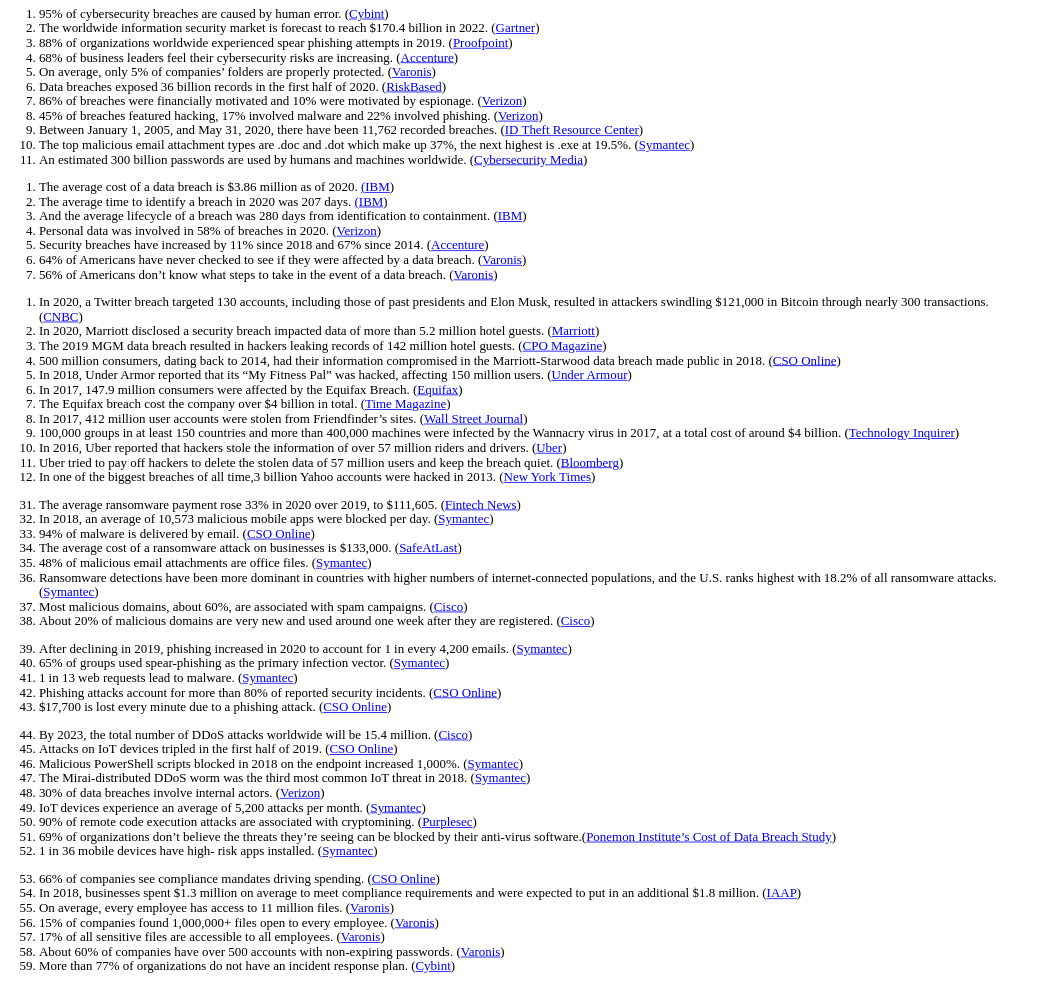
Repository: AniruddhAnand/zero_day_shield
Page: assets/data/facts.html
These files come from the project's save history. The page is drawn as it stood at one moment and after the next save; the edit follows.
The browser window is 1280 px wide. The pictures show the whole page, at 81% of full size.

Above is the page before, as saved 2021-07-10 15:06:58.

### assets/data/facts.html
<html>

<body>
    <ol>
        <li aria-level="1">95% of cybersecurity breaches are caused by human error. (<a
                href="https://www.cybintsolutions.com/cyber-security-facts-stats/" target="_blank"
                rel="noopener noreferrer">Cybint</a>)</li>
        <li aria-level="1">The worldwide information security market is forecast to reach $170.4 billion in 2022. (<a
                href="https://www.gartner.com/en/documents/3889055" target="_blank"
                rel="noopener noreferrer">Gartner</a>)</li>
        <li aria-level="1">88% of organizations worldwide experienced spear phishing attempts in 2019. (<a
                href="https://www.proofpoint.com/sites/default/files/gtd-pfpt-uk-tr-state-of-the-phish-2020-a4_final.pdf"
                target="_blank" rel="noopener noreferrer">Proofpoint</a>)</li>
        <li aria-level="1">68% of business leaders feel their cybersecurity risks are increasing. (<a
                href="https://www.accenture.com/_acnmedia/PDF-96/Accenture-2019-Cost-of-Cybercrime-Study-Final.pdf#zoom=50"
                target="_blank" rel="noopener noreferrer">Accenture</a>)</li>
        <li aria-level="1">On average, only 5% of companies’ folders are properly protected. (<a
                href="https://www.varonis.com/2019-data-risk-report/" target="_blank"
                rel="noopener noreferrer">Varonis</a>)</li>
        <li aria-level="1">Data breaches exposed 36 billion records in the first half of 2020. (<a
                href="https://pages.riskbasedsecurity.com/hubfs/Reports/2020/2020%20Q3%20Data%20Breach%20QuickView%20Report.pdf"
                target="_blank" rel="noopener noreferrer">RiskBased</a>)</li>
        <li aria-level="1">86% of breaches were financially motivated and 10% were motivated by espionage. (<a
                href="https://enterprise.verizon.com/resources/reports/2020-data-breach-investigations-report.pdf"
                target="_blank" rel="noopener noreferrer">Verizon</a>)</li>
        <li aria-level="1">45% of breaches featured hacking, 17% involved malware and 22% involved phishing. (<a
                href="https://enterprise.verizon.com/resources/executivebriefs/2020-dbir-executive-brief.pdf"
                target="_blank" rel="noopener noreferrer">Verizon</a>)</li>
        <li aria-level="1">Between January 1, 2005, and May 31, 2020, there have been 11,762 recorded breaches. (<a
                href="https://www.idtheftcenter.org/Data-Breaches/" target="_blank" rel="noopener noreferrer">ID Theft
                Resource Center</a>)</li>
        <li aria-level="1">The top malicious email attachment types are .doc and .dot which make up 37%, the next
            highest is .exe at 19.5%. (<a
                href="http://images.mktgassets.symantec.com/Web/Symantec/%7B3a70beb8-c55d-4516-98ed-1d0818a42661%7D_ISTR23_Main-FINAL-APR10.pdf?aid=elq_"
                target="_blank" rel="noopener noreferrer">Symantec</a>)</li>
        <li aria-level="1">An estimated 300 billion passwords are used by humans and machines worldwide. (<a
                href="https://www.scmagazine.com/video-300-billion-passwords-by-2020-report-predicts/article/634848/"
                target="_blank" rel="noopener noreferrer">Cybersecurity Media</a>)</li>
    </ol>
    <ol>
        <li aria-level="1">The average cost of a data breach is $3.86 million as of 2020. <a
                href="https://www.capita.com/sites/g/files/nginej146/files/2020-08/Ponemon-Global-Cost-of-Data-Breach-Study-2020.pdf"
                target="_blank" rel="noopener noreferrer"> (IBM</a>)</li>
        <li aria-level="1">The average time to identify a breach in 2020 was 207 days. <a
                href="https://www.capita.com/sites/g/files/nginej146/files/2020-08/Ponemon-Global-Cost-of-Data-Breach-Study-2020.pdf"
                target="_blank" rel="noopener noreferrer"> (IBM</a>)</li>
        <li aria-level="1">And the average lifecycle of a breach was 280 days from identification to containment. (<a
                href="https://www.ibm.com/security/data-breach" target="_blank" rel="noopener noreferrer">IBM</a>)</li>
        <li aria-level="1">Personal data was involved in 58% of breaches in 2020. (<a
                href="https://enterprise.verizon.com/resources/executivebriefs/2020-dbir-executive-brief.pdf"
                target="_blank" rel="noopener noreferrer">Verizon</a>)</li>
        <li aria-level="1">Security breaches have increased by 11% since 2018 and 67% since 2014. (<a
                href="https://www.accenture.com/us-en/insights/security/cost-cybercrime-study" target="_blank"
                rel="noopener noreferrer">Accenture</a>)</li>
        <li aria-level="1">64% of Americans have never checked to see if they were affected by a data breach. (<a
                href="https://www.varonis.com/blog/data-breach-literacy-survey/" target="_blank"
                rel="noopener noreferrer">Varonis</a>)</li>
        <li aria-level="1">56% of Americans don’t know what steps to take in the event of a data breach. (<a
                href="https://www.varonis.com/blog/data-breach-literacy-survey/" target="_blank"
                rel="noopener noreferrer">Varonis</a>)</li>
    </ol>
    <ol>
        <li aria-level="1">In 2020, a Twitter breach targeted 130 accounts, including those of past presidents and Elon
            Musk, resulted in attackers swindling $121,000 in Bitcoin through nearly 300 transactions. (<a
                href="https://www.cnbc.com/2020/07/16/twitter-hackers-made-121000-in-bitcoin-analysis-shows.html"
                target="_blank" rel="noopener noreferrer">CNBC</a>)</li>
        <li aria-level="1">In 2020, Marriott disclosed a security breach impacted data of more than 5.2 million hotel
            guests. (<a
                href="https://news.marriott.com/news/2020/03/31/marriott-international-notifies-guests-of-property-system-incident"
                target="_blank" rel="noopener noreferrer">Marriott</a>)</li>
        <li aria-level="1">The 2019 MGM data breach resulted in hackers leaking records of 142 million hotel guests. (<a
                href="https://www.cpomagazine.com/cyber-security/new-details-indicate-that-scope-of-the-2019-mgm-data-breach-is-much-bigger-than-expected/"
                target="_blank" rel="noopener noreferrer">CPO Magazine</a>)</li>
        <li aria-level="1">500 million consumers, dating back to 2014, had their information compromised in the
            Marriott-Starwood data breach made public in 2018. (<a
                href="https://www.csoonline.com/article/3441220/marriott-data-breach-faq-how-did-it-happen-and-what-was-the-impact.html"
                target="_blank" rel="noopener noreferrer">CSO Online</a>)</li>
        <li aria-level="1">In 2018, Under Armor reported that its “My Fitness Pal” was hacked, affecting 150 million
            users. (<a
                href="http://www.uabiz.com/news-releases/news-release-details/under-armour-notifies-myfitnesspal-users-data-security-issue"
                target="_blank" rel="noopener noreferrer">Under Armour</a>)</li>
        <li aria-level="1">In 2017, 147.9 million consumers were affected by the Equifax Breach. (<a
                href="https://investor.equifax.com/news-and-events/news/2017/09-07-2017-213000628" target="_blank"
                rel="noopener noreferrer">Equifax</a>)</li>
        <li aria-level="1">The Equifax breach cost the company over $4 billion in total. (<a
                href="http://time.com/money/4936732/equifaxs-massive-data-breach-has-cost-the-company-4-billion-so-far"
                target="_blank" rel="noopener noreferrer">Time Magazine</a>)</li>
        <li aria-level="1">In 2017, 412 million user accounts were stolen from Friendfinder’s sites. (<a
                href="https://www.wsj.com/articles/friendfinder-investigates-report-of-breached-accounts-1479160660"
                target="_blank" rel="noopener noreferrer">Wall Street Journal</a>)</li>
        <li aria-level="1">100,000 groups in at least 150 countries and more than 400,000 machines were infected by the
            Wannacry virus in 2017, at a total cost of around $4 billion. (<a
                href="http://technology.inquirer.net/62619/least-100000-groups-150-countries-hit-ransomware"
                target="_blank" rel="noopener noreferrer">Technology Inquirer</a>)</li>
        <li aria-level="1">In 2016, Uber reported that hackers stole the information of over 57 million riders and
            drivers. (<a href="https://www.uber.com/newsroom/2016-data-incident/" target="_blank"
                rel="noopener noreferrer">Uber</a>)</li>
        <li aria-level="1">Uber tried to pay off hackers to delete the stolen data of 57 million users and keep the
            breach quiet. (<a
                href="https://www.bloomberg.com/news/articles/2017-11-21/uber-concealed-cyberattack-that-exposed-57-million-people-s-data"
                target="_blank" rel="noopener noreferrer">Bloomberg</a>)</li>
        <li aria-level="1">In one of the biggest breaches of all time,3 billion Yahoo accounts were hacked in 2013. (<a
                href="https://www.nytimes.com/2017/10/03/technology/yahoo-hack-3-billion-users.html" target="_blank"
                rel="noopener noreferrer">New York Times</a>)</li>
    </ol>
    <ol start="31">
        <li aria-level="1">The average ransomware payment rose 33% in 2020 over 2019, to $111,605. (<a
                href="https://www.fintechnews.org/the-2020-cybersecurity-stats-you-need-to-know/" target="_blank"
                rel="noopener noreferrer">Fintech News</a>)</li>
        <li aria-level="1">In 2018, an average of 10,573 malicious mobile apps were blocked per day. (<a
                href="https://www.symantec.com/security-center/threat-report" target="_blank"
                rel="noopener noreferrer">Symantec</a>)</li>
        <li aria-level="1"> 94% of malware is delivered by email. (<a
                href="https://www.csoonline.com/article/3153707/top-cybersecurity-facts-figures-and-statistics.html"
                target="_blank" rel="noopener noreferrer">CSO Online</a>)</li>
        <li aria-level="1">The average cost of a ransomware attack on businesses is $133,000. (<a
                href="https://safeatlast.co/blog/ransomware-statistics/" target="_blank"
                rel="noopener noreferrer">SafeAtLast</a>)</li>
        <li aria-level="1">48% of malicious email attachments are office files. (<a
                href="https://www.symantec.com/security-center/threat-report" target="_blank"
                rel="noopener noreferrer">Symantec</a>)</li>
        <li aria-level="1">Ransomware detections have been more dominant in countries with higher numbers of
            internet-connected populations, and the U.S. ranks highest with 18.2% of all ransomware attacks. (<a
                href="http://images.mktgassets.symantec.com/Web/Symantec/%7B3a70beb8-c55d-4516-98ed-1d0818a42661%7D_ISTR23_Main-FINAL-APR10.pdf?"
                target="_blank" rel="noopener noreferrer">Symantec</a>)</li>
        <li aria-level="1">Most malicious domains, about 60%, are associated with spam campaigns. (<a
                href="https://www.cisco.com/c/en/us/products/security/security-reports.html#~stickynav=2"
                target="_blank" rel="noopener noreferrer">Cisco</a>)</li>
        <li aria-level="1">About 20% of malicious domains are very new and used around one week after they are
            registered. (<a href="https://www.cisco.com/c/dam/m/digital/elq-cmcglobal/witb/acr2018/acr2018final.pdf?"
                target="_blank" rel="noopener noreferrer">Cisco</a>)</li>
    </ol>
    <ol start="39">
        <li aria-level="1">After declining in 2019, phishing increased in 2020 to account for 1 in every 4,200 emails. (<a href="https://symantec-enterprise-blogs.security.com/blogs/threat-intelligence/threat-landscape-q1-2020" target="_blank" rel="noopener noreferrer">Symantec</a>)</li>
        <li aria-level="1">65% of groups used spear-phishing as the primary infection vector. (<a href="https://www.symantec.com/security-center/threat-report" target="_blank" rel="noopener noreferrer">Symantec</a>)</li>
        <li aria-level="1">1 in 13 web requests lead to malware. (<a href="http://images.mktgassets.symantec.com/Web/Symantec/%7B3a70beb8-c55d-4516-98ed-1d0818a42661%7D_ISTR23_Main-FINAL-APR10.pdf?aid=elq_" target="_blank" rel="noopener noreferrer">Symantec</a>)</li>
        <li aria-level="1">Phishing attacks account for more than 80% of reported security incidents. (<a href="https://www.csoonline.com/article/3153707/top-cybersecurity-facts-figures-and-statistics.html" target="_blank" rel="noopener noreferrer">CSO Online</a>)</li>
        <li aria-level="1">$17,700 is lost every minute due to a phishing attack. (<a href="https://www.csoonline.com/article/3153707/top-cybersecurity-facts-figures-and-statistics.html" target="_blank" rel="noopener noreferrer">CSO Online</a>)</li>
        </ol>
        <ol start="44">
            <li aria-level="1">By 2023, the total number of DDoS attacks worldwide will be 15.4 million. (<a href="https://www.cisco.com/c/en/us/solutions/collateral/executive-perspectives/annual-internet-report/white-paper-c11-741490.html" target="_blank" rel="noopener noreferrer">Cisco</a>)</li>
            <li aria-level="1">Attacks on IoT devices tripled in the first half of 2019. (<a href="https://www.csoonline.com/article/3153707/top-cybersecurity-facts-figures-and-statistics.html" target="_blank" rel="noopener noreferrer">CSO Online</a>)</li>
            <li aria-level="1">Malicious PowerShell scripts blocked in 2018 on the endpoint increased 1,000%. (<a href="https://www.symantec.com/security-center/threat-report" target="_blank" rel="noopener noreferrer">Symantec</a>)</li>
            <li aria-level="1">The Mirai-distributed DDoS worm was the third most common IoT threat in 2018.  (<a href="https://www.symantec.com/security-center/threat-report" target="_blank" rel="noopener noreferrer">Symantec</a>)</li>
            <li aria-level="1">30% of data breaches involve internal actors. (<a href="https://enterprise.verizon.com/resources/reports/2020-data-breach-investigations-report.pdf" target="_blank" rel="noopener noreferrer">Verizon</a>)</li>
            <li aria-level="1">IoT devices experience an average of 5,200 attacks per month. (<a href="https://www.symantec.com/security-center/threat-report" target="_blank" rel="noopener noreferrer">Symantec</a>)</li>
            <li aria-level="1">90% of remote code execution attacks are associated with cryptomining. (<a href="https://purplesec.us/resources/cyber-security-statistics/" target="_blank" rel="noopener noreferrer">Purplesec</a>)</li>
            <li aria-level="1">69% of organizations don’t believe the threats they’re seeing can be blocked by their anti-virus software.(<a href="https://www-01.ibm.com/common/ssi/cgi-bin/ssialias?htmlfid=SEL03130WWEN&amp;" target="_blank" rel="noopener noreferrer">Ponemon Institute’s Cost of Data Breach Study</a>)</li>
            <li aria-level="1">1 in 36 mobile devices have high- risk apps installed. (<a href="https://www.symantec.com/security-center/threat-report" target="_blank" rel="noopener noreferrer">Symantec</a>)</li>
            </ol>
            <ol start="53">
                <li aria-level="1">66% of companies see compliance mandates driving spending. (<a href="https://www.csoonline.com/article/3153707/top-cybersecurity-facts-figures-and-statistics.html" target="_blank" rel="noopener noreferrer">CSO Online</a>)</li>
                <li aria-level="1">In 2018, businesses spent $1.3 million on average to meet compliance requirements and were expected to put in an additional $1.8 million. (<a href="https://iapp.org/media/pdf/resource_center/IAPP-EY-Gov_Report_2018-FINAL.pdf" target="_blank" rel="noopener noreferrer">IAAP</a>)</li>
                <li aria-level="1">On average, every employee has access to 11 million files. (<a href="https://info.varonis.com/hubfs/docs/research_reports/2021-Financial-Data-Risk-Report.pdf?utm_content=146358482&amp;utm_medium=social&amp;utm_source=twitter&amp;hss_channel=tw-21672993" target="_blank" rel="noopener noreferrer">Varonis</a>)</li>
                <li aria-level="1">15% of companies found 1,000,000+ files open to every employee. (<a href="https://www.varonis.com/2019-data-risk-report/" target="_blank" rel="noopener noreferrer">Varonis</a>)</li>
                <li aria-level="1">17% of all sensitive files are accessible to all employees. (<a href="https://www.varonis.com/2019-data-risk-report/" target="_blank" rel="noopener noreferrer">Varonis</a>)</li>
                <li aria-level="1">About 60% of companies have over 500 accounts with non-expiring passwords. (<a href="https://info.varonis.com/hubfs/docs/research_reports/2021-Financial-Data-Risk-Report.pdf?utm_content=146358482&amp;utm_medium=social&amp;utm_source=twitter&amp;hss_channel=tw-21672993" target="_blank" rel="noopener noreferrer">Varonis</a>)</li>
                <li aria-level="1">More than 77% of organizations do not have an incident response plan. (<a href="https://www.cybintsolutions.com/cyber-security-facts-stats/" target="_blank" rel="noopener noreferrer">Cybint</a>)</li>
                </ol>
</body>

</html>

After the next save:
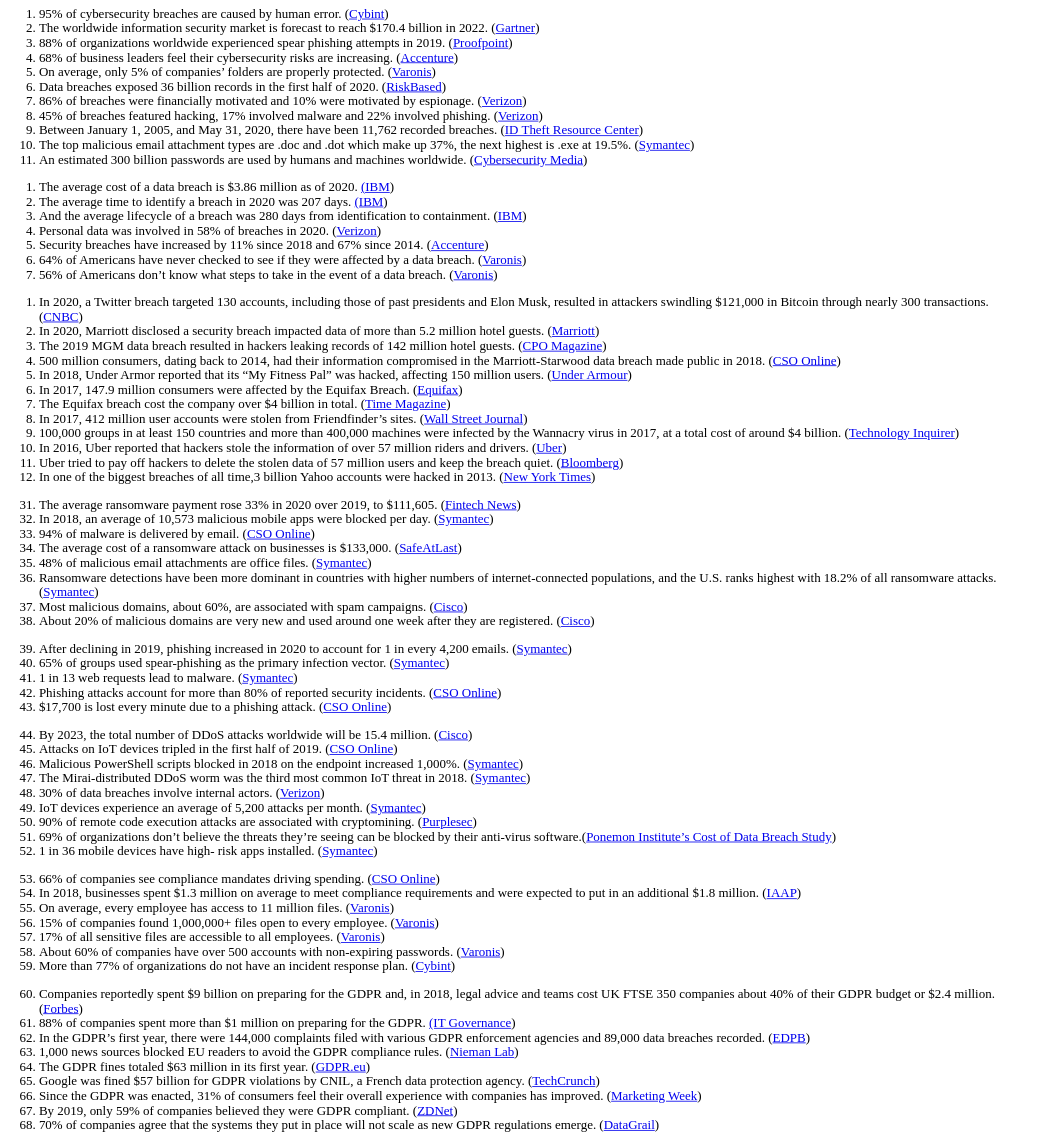
Saved 78 s later.
--- a/assets/data/facts.html
+++ b/assets/data/facts.html
@@ -157,6 +157,17 @@
                 <li aria-level="1">About 60% of companies have over 500 accounts with non-expiring passwords. (<a href="https://info.varonis.com/hubfs/docs/research_reports/2021-Financial-Data-Risk-Report.pdf?utm_content=146358482&amp;utm_medium=social&amp;utm_source=twitter&amp;hss_channel=tw-21672993" target="_blank" rel="noopener noreferrer">Varonis</a>)</li>
                 <li aria-level="1">More than 77% of organizations do not have an incident response plan. (<a href="https://www.cybintsolutions.com/cyber-security-facts-stats/" target="_blank" rel="noopener noreferrer">Cybint</a>)</li>
                 </ol>
+                <ol start="60">
+                    <li aria-level="1">Companies reportedly spent $9 billion on preparing for the GDPR and, in 2018, legal advice and teams cost UK FTSE 350 companies about 40% of their GDPR budget or $2.4 million. (<a href="https://www.forbes.com/sites/oliversmith/2018/05/02/the-gdpr-racket-whos-making-money-from-this-9bn-business-shakedown/#2df4db1134a2" target="_blank" rel="noopener noreferrer">Forbes</a>)</li>
+                    <li aria-level="1">88% of companies spent more than $1 million on preparing for the GDPR. <a href="https://www.itgovernance.eu/blog/en/how-much-does-gdpr-compliance-cost-in-2020" target="_blank" rel="noopener noreferrer"> (IT Governance</a>)</li>
+                    <li aria-level="1">In the GDPR’s first year, there were 144,000 complaints filed with various GDPR enforcement agencies and 89,000 data breaches recorded. (<a href="https://edpb.europa.eu/news/news/2019/1-year-gdpr-taking-stock_en" target="_blank" rel="noopener noreferrer">EDPB</a>)</li>
+                    <li aria-level="1">1,000 news sources blocked EU readers to avoid the GDPR compliance rules. (<a href="https://www.niemanlab.org/2018/08/more-than-1000-u-s-news-sites-are-still-unavailable-in-europe-two-months-after-gdpr-took-effect/" target="_blank" rel="noopener noreferrer">Nieman Lab</a>)</li>
+                    <li aria-level="1">The GDPR fines totaled $63 million in its first year. (<a href="https://gdpr.eu/gdpr-fines-so-far/" target="_blank" rel="noopener noreferrer">GDPR.eu</a>)</li>
+                    <li aria-level="1">Google was fined $57 billion for GDPR violations by CNIL, a French data protection agency. (<a href="https://techcrunch.com/2019/01/21/french-data-protection-watchdog-fines-google-57-million-under-the-gdpr/" target="_blank" rel="noopener noreferrer">TechCrunch</a>)</li>
+                    <li aria-level="1">Since the GDPR was enacted, 31% of consumers feel their overall experience with companies has improved. (<a href="https://www.marketingweek.com/2019/05/20/consumers-gdpr-brand-experience/" target="_blank" rel="noopener noreferrer">Marketing Week</a>)</li>
+                    <li aria-level="1">By 2019, only 59% of companies believed they were GDPR compliant. (<a href="https://www.zdnet.com/article/data-security-is-a-major-issue-in-gdpr-compliance/" target="_blank" rel="noopener noreferrer">ZDNet</a>)</li>
+                    <li aria-level="1">70% of companies agree that the systems they put in place will not scale as new GDPR regulations emerge. (<a href="https://datagrail.io/downloads/GDPR-CCPA-cost-report.pdf" target="_blank" rel="noopener noreferrer">DataGrail</a>)</li>
+                    </ol>
 </body>
 
 </html>
